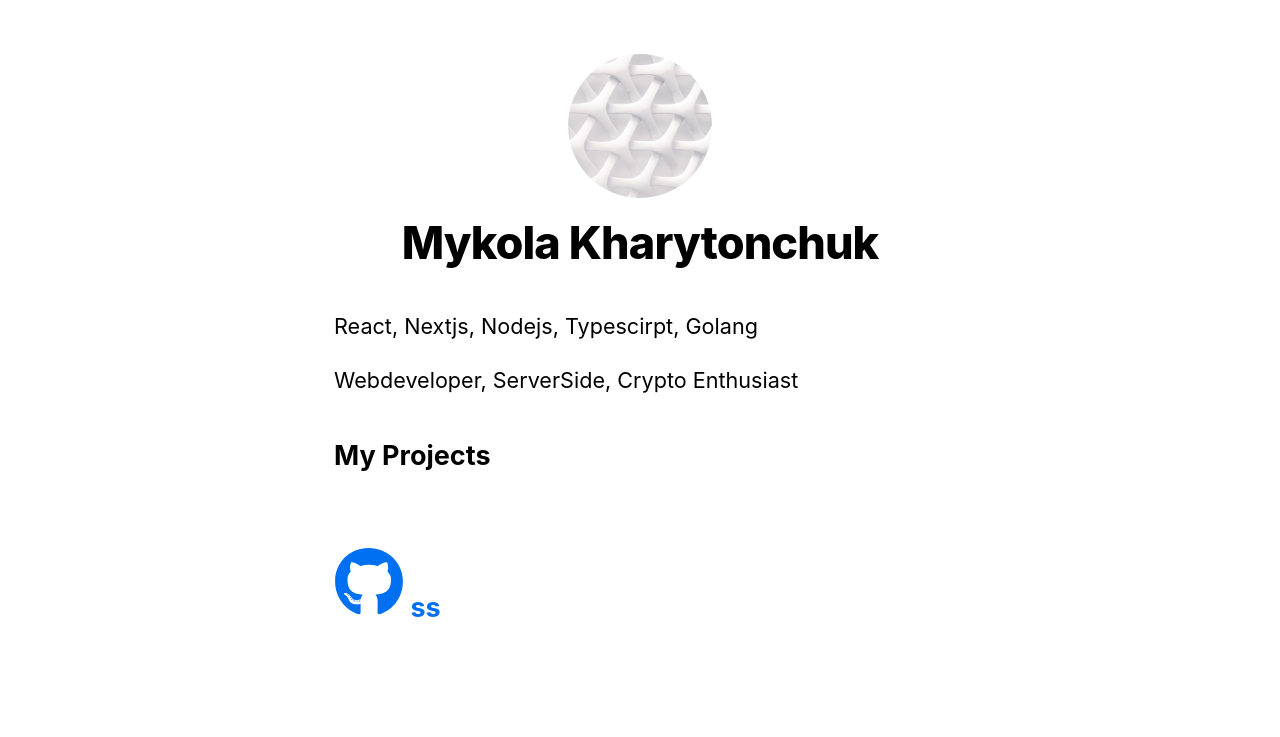
Repository: Mooninghnk/resume
Page: /
The author's editor kept a copy of each file at every save. The page is drawn from the files as they stood at one save, then again after a run of saves.
The browser window is 1280 px wide. The pictures show the whole page.
The project was rebuilt for these pictures with package versions that can differ from the ones it lists, and the page was loaded fresh each time. The framework's server and built-in components were replaced by stand-ins that run in the browser.

Above is the page before, as saved 2021-12-29 20:22:09.

After the next 2 saves:
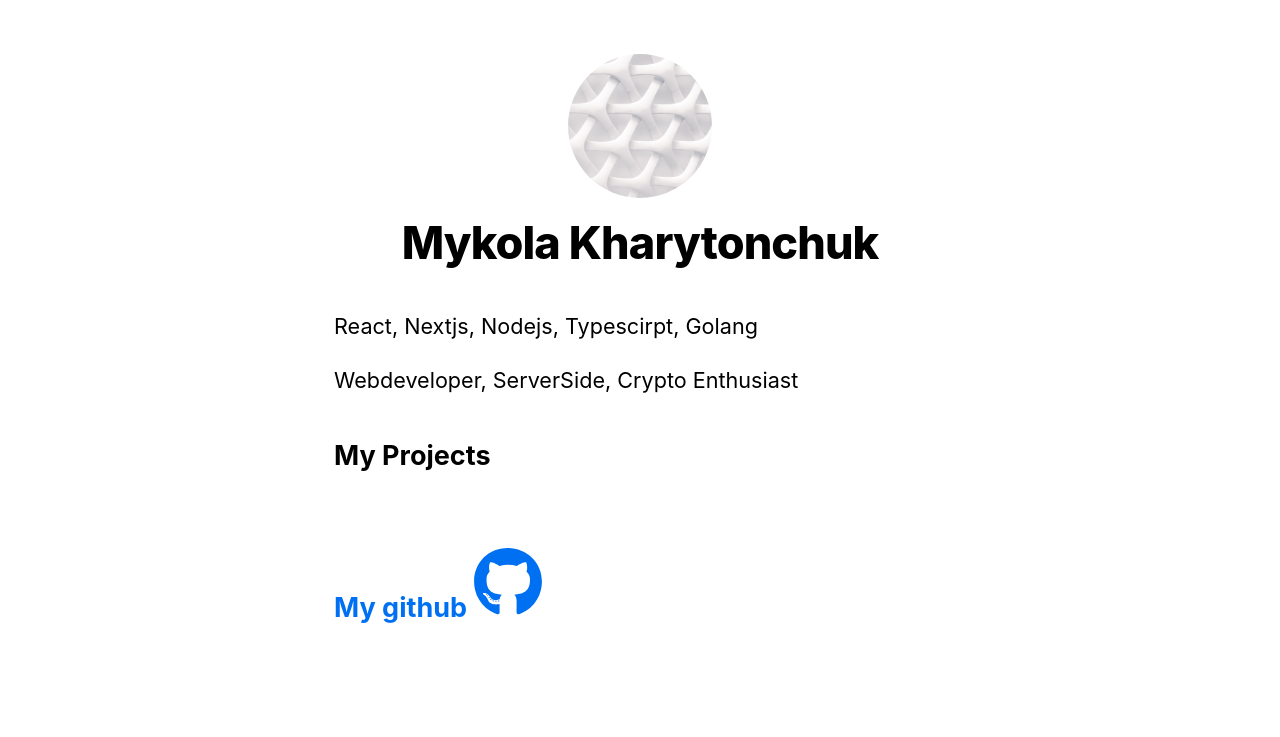
The 2 saves are shown as one change because they came seconds apart.
The last was saved 14 s later.
--- a/pages/index.tsx
+++ b/pages/index.tsx
@@ -23,8 +23,8 @@ export default function Home({ allPostsData }) {
               <Link href={"https://github.com/Mooninghnk"}>
                 <h2>
                   {" "}
-                  <FaGithub size={70} />{" "}
-                  ss
+                   My github <FaGithub size={70} />{" "}
+
                 </h2>
               </Link>
             </small>
